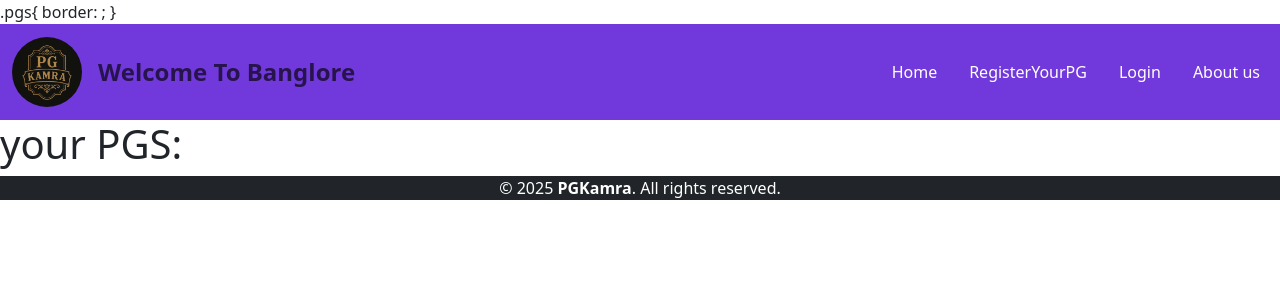
Repository: KUKATIDINESH/pgfinder
Page: mainapp/templates/pglist_for_modification.html
The author's editor kept a copy of each file at every save. The page is drawn from the files as they stood at one save, then again after the next save.
The browser window is 1280 px wide. The pictures show the whole page.
The page is served by the project's application, run on Django 5.2 (manage.py). Other server files are loaded and not shown. The template is opened directly, without the code that normally fills it, so the values that code supplies are empty.

Above is the page before, as saved 2025-07-08 12:03:20.

### PgFinder/mainapp/templates/pglist_for_modification.html
{% extends 'base.html' %}
{% block title %}HOME{% endblock %}

{% block extra_css %}
.pgs{
    border: ;
}
{% endblock extra_css %}


{% block content %}
<h1>your PGS:</h1>
<div clss="pgs">
{% for pg in pgs %}


 <p><b>PGname</b>:{{pg.pgname}}</p>
    <p><b>PG owner name </b>:{{pg.ownername}}</p><br>

{% endfor %}
</div>
{% endblock content %}

{% block extra_js %}

 {% endblock extra_js %}

### PgFinder/mainapp/templates/base.html
{% load static %}
<!DOCTYPE html>
<html lang="en">
<head>
  <meta charset="UTF-8">
  <meta name="viewport" content="width=device-width, initial-scale=1.0">
  <title>{% block title %}PGFR{% endblock %}</title>
       <link href="https://cdn.jsdelivr.net/npm/bootstrap@5.3.3/dist/css/bootstrap.min.css" rel="stylesheet">
  {% block extra_css %}
  <style>
    body{
      height: 50vh;
    }
  </style>
  {% endblock extra_css %}
</head>
<body>


  {% include 'nav.html' %}


  {% block content %}


  {% endblock content %}
<footer class="bg-dark text-white" style="background-color: rgb(113, 56, 220);  ">
  <div class="container text-center">
    <p class="mb-0">&copy; 2025 <strong>PGKamra</strong>. All rights reserved.</p>
  </div>
</footer>
    <script src="https://cdn.jsdelivr.net/npm/bootstrap@5.3.3/dist/js/bootstrap.bundle.min.js"></script>
 {% block extra_js %}

 {% endblock extra_js %}
</body>
</html>

### PgFinder/mainapp/templates/nav.html
 {% load static %}
 <nav class="navbar navbar-expand-lg navbar-light  position-relative" style="background-color: rgb(113, 56, 220);">
        <div class="container-fluid">
            <!-- Left: Logo -->
            <a class="navbar-brand" href="#">
                <img src="{% static 'images/logo.jpg' %}" alt="Logo" height="70" width="70" style="border-radius: 50%;">
            </a>

            <!-- Center: Website Name -->
            <div class="navbar-center d-none d-lg-block">
                <span class="navbar-text fw-bold fs-4">Welcome To Banglore</span>
            </div>

            <!-- Right: Navigation links -->
            <div class="ms-auto">
                <ul class="navbar-nav d-flex flex-row gap-3">
                    <li class="nav-item">
                            <a class="nav-link text-white" href="{% url 'home' %}">Home</a>
                        </li>
                    <li class="nav-item">
                        <a class="nav-link text-white" href="{% url 'pgregister' %}">RegisterYourPG</a>
                    </li>
                    {% if user.is_authenticated %}
                        <li class="nav-item">
                            <a class="nav-link text-white" href="{% url 'logout' %}">Logout</a>
                        </li>
                    {% else %}
                        <li class="nav-item">
                            <a class="nav-link text-white" href="{% url 'login' %}">Login</a>
                        </li>
                    {% endif %}
                    <li class="nav-item">
                            <a class="nav-link text-white" href="{% url 'aboutus' %}">About  us</a>
                    </li>

                </ul>
            </div>
        </div>
    </nav>

### PgFinder/PgFinder/urls.py
"""
URL configuration for PgFinder project.

The `urlpatterns` list routes URLs to views. For more information please see:
    https://docs.djangoproject.com/en/5.1/topics/http/urls/
Examples:
Function views
    1. Add an import:  from my_app import views
    2. Add a URL to urlpatterns:  path('', views.home, name='home')
Class-based views
    1. Add an import:  from other_app.views import Home
    2. Add a URL to urlpatterns:  path('', Home.as_view(), name='home')
Including another URLconf
    1. Import the include() function: from django.urls import include, path
    2. Add a URL to urlpatterns:  path('blog/', include('blog.urls'))
"""
from django.conf import settings
from django.conf.urls.static import static

from django.contrib import admin
from django.urls import path,include

urlpatterns = [
    path('admin/', admin.site.urls),
    path('',include('authentication.urls')),
    path('main/',include('mainapp.urls'))
]

if settings.DEBUG:
    urlpatterns += static(settings.MEDIA_URL, document_root=settings.MEDIA_ROOT)

### PgFinder/authentication/urls.py
from django.urls import path
from . import views
urlpatterns=[
    path('login',views.user_login,name='login'),
    path('signin',views.signin,name='signin'),
    path('logout',views.user_logout,name='logout'),
#     path('',views.home,name='home')
    ]

### PgFinder/mainapp/urls.py
from django.urls import path
from . import views
urlpatterns=[
    path('home',views.home,name='home'),
    path('display_all_pg_details/<str:area>/<str:rent>/',views.display_all_pg_details,name='display_all_pg_details'),
    path('aboutus',views.about_us,name='aboutus'),
    path('pgregister',views.PGregister,name='pgregister'),
    path('pgdetails/<int:pk>',views.pg_details,name='pgdetails'),
    path('modifypg',views.pg_modify,name='modifypg'),
    path('pglist_for_modification',views.pglist_for_modify,name='pglist_for_modification'),

]

After the next save:
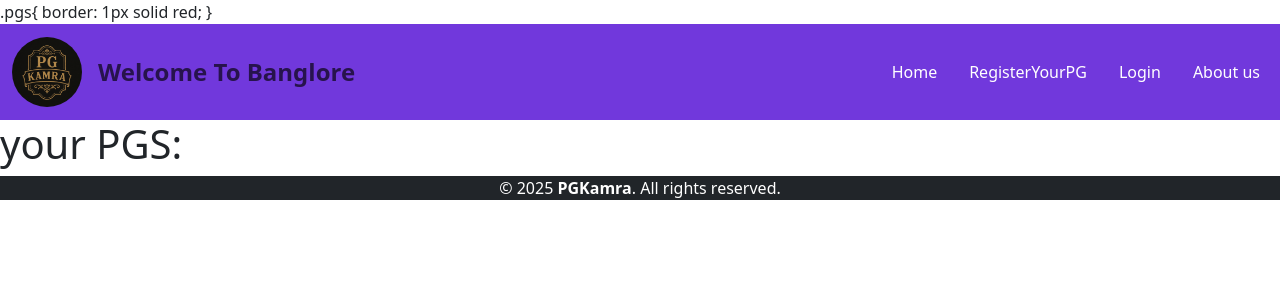
Saved 10 s later.
--- a/PgFinder/mainapp/templates/pglist_for_modification.html
+++ b/PgFinder/mainapp/templates/pglist_for_modification.html
@@ -3,7 +3,7 @@
 
 {% block extra_css %}
 .pgs{
-    border: ;
+    border: 1px solid red;
 }
 {% endblock extra_css %}
 
